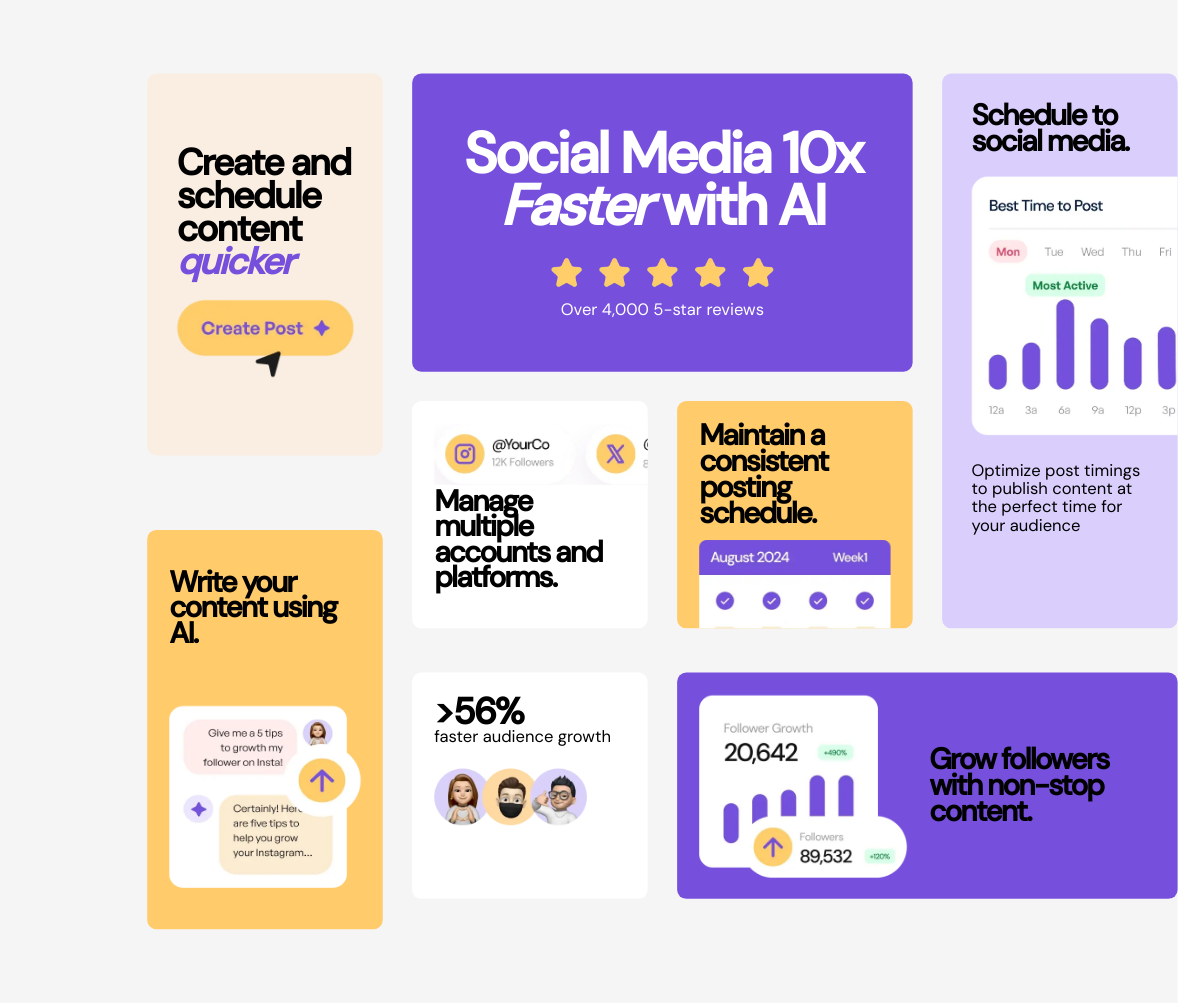
Repository: brandontaylor1/bento-grid
Page: index.html
These files come from the project's save history. The page is drawn as it stood at one moment and after the next save; the edit follows.
The browser window is 1280 px wide. The pictures show the whole page, at 92% of full size.

Above is the page before, as saved 2025-01-22 19:06:47.

### index.html
<!DOCTYPE html>
<html lang="en">
<head>
    <meta charset="UTF-8">
    <meta name="viewport" content="width=device-width, initial-scale=1.0">
    <link rel="stylesheet" href="styles.css">
    <title>Bento Grid</title>
</head>
<body>
    <main class="container">
        <div class="grid-container">
            <div class="grid-item-1">
                <h1>Social Media <span>10x </span><em>Faster </em>with AI </h1>
                <img src="./assets/images/illustration-five-stars.webp" alt="five star images">
                <p>Over 4,000 5-star reviews</p>
            </div>
            <div class="grid-item-2">
                <img src="./assets/images/illustration-multiple-platforms.webp" alt="two social media images">
                <h3>Manage multiple accounts and platforms.</h3>
            </div>
            <div class="grid-item-3">
                <h3>Maintain a consistent <br> posting schedule.</h3>
                <img src="./assets/images/illustration-consistent-schedule.webp" alt="schedule">
            </div>
            <div class="grid-item-4">
                <h3>Schedule to social media.</h3>
                <img src="./assets/images/illustration-schedule-posts.webp" alt="schedule of posts">
                <p>Optimize post timings to publish content at the perfect time for your audience</p>
            </div>
            <div class="grid-item-5">
                <img src="./assets/images/illustration-grow-followers.webp" alt="follower growth">
                <h3>Grow followers with non-stop content.</h3>
            </div>
            <div class="grid-item-6">
                <h2> >56%</h2>
                <p>faster audience growth</p>
                <img src="./assets/images/illustration-audience-growth.webp" alt="pictures of cartoon audience">
            </div>
            <div class="grid-item-7">
                <h2>Create and schedule content <em>quicker</em></h2>
                <img src="./assets/images/illustration-create-post.webp" alt="create post image">
            </div>
            <div class="grid-item-8">
                <h3>Write your content using AI.</h3>
                <img src="./assets/images/illustration-ai-content.webp" alt="Ai Content Image">
            </div>
        </div>
    </main>

</body>
</html>

### styles.css

@font-face {
    font-family: "DMSans-Medium";
    src: url('./assets/fonts/DMSans-Medium.ttf') format('truetype');
    font-weight: 500;
    font-style: normal;
}

@font-face {
    font-family: "DMSans-MediumItalic";
    src: url('./assets/fonts/DMSans-MediumItalic.ttf') format('truetype');
    font-weight: 500;
    font-style: italic;
}

@font-face {
    font-family: "DMSans-Regular";
    src: url('./assets/fonts/DMSans-Regular.ttf') format('truetype');
    font-weight: 400;
    font-style: normal;
}

* {
    margin: 0;
    padding: 0;
    box-sizing: border-box;

}

:root {

    /* COLORS */
    --purple100: hsl(254, 88%, 90%);
    --purple500: hsl(256, 67%, 59%);

    --yellow100: hsl(31, 66%, 93%);
    --yellow500: hsl(39, 100%, 71%);

    --white: hsl(0, 0%, 100%);
    --black: hsl(0, 0%, 0%);
    --font-black: #121212;

    --spacing-5: 40px;
    --spacing-4: 32px;
    --spacing-3: 24px;
    --spacing-2: 16px;
    --spacing-1: 8px;

    /* TYPOGRAPHY */
    --font-family-regular: "DMSans-Regular", sans-serif;
    --font-family-medium: "DMSans-Medium", sans-serif;

    --font-size-h1: 62px;
    --line-height-h1: 93.5%;
    --letter-spacing-h1: -3px;

    --font-size-h2: 40px;
    --line-height-h2: 90%;
    --letter-spacing-h2: -2px;

    --font-size-h3: 32px;
    --line-height-h3: 87.5%;
    --letter-spacing-h3: -2px;

    --font-size-p: 18px;
    --line-height-p: 111%;
    --letter-spacing-p: 0px;
}

/* TYPOGRAPHY */
h1 {
    font-family: var(--font-family-medium);
    font-size: var(--font-size-h1);
    line-height: var(--line-height-h1);
    letter-spacing: var(--letter-spacing-h1);
}

h2 {
    font-family: var(--font-family-medium);
    font-size: var(--font-size-h2);
    line-height: var(--line-height-h2);
    letter-spacing: var(--letter-spacing-h2);
}

h3 {
    font-family: var(--font-family-medium);
    font-size: var(--font-size-h3);
    line-height: var(--line-height-h3);
    letter-spacing: var(--letter-spacing-h3);
}

p {
    font-family: var(--font-family-regular);
    font-size: var(--font-size-p);
    line-height: var(--line-height-p);
    letter-spacing: var(--letter-spacing-p);

}

.container {
    height: auto;
    background-color: #F6F5F6;
    display: flex;
    justify-content: center;
    align-items: center;
}

.grid-container {
    height: 100%;
    width: 100%;
    max-width: 1440px;
    display: grid;
    grid-template-areas:
    " a a b b b b c c"
    " a a b b b b c c"
    " a a d d e e c c"
    " f f d d e e c c"
    " f f g g h h h h"
    " f f g g h h h h";
    gap: 32px;
    padding: 80px 160px 80px 160px;
    background-color: #F6F5F6;
}

.grid-item-1 {
    background-color: var(--purple500);
    color: var(--white);
    padding: 32px;
    border-radius: 10px;
    width: 544px;
    height: 324px;
    grid-area: b;
    display: flex;
    flex-direction: column;
    align-items: center;
    justify-content: center;
    text-align: center;
}

.grid-item-1 img {
    width: 250px;
    padding-top: 24px;
    padding-bottom: 8px;
}

.grid-item-2 {
    grid-area: d;
    width: 256px;
    height: 247px;
    padding: 24px;
    border-radius: 10px;
    overflow: hidden;
    background-color: var(--white);
}

.grid-item-2 img {
    width: 316px;
}

.grid-item-3 {
    grid-area: e;
    width: 256px;
    height: 247px;
    padding: 24px 24px 0 24px;
    border-radius: 10px;
    background-color: var(--yellow500);
    overflow: hidden;
}

.grid-item-3 img {
    width: 100%;
    padding-top: 16px;
}

.grid-item-4 {
    grid-area: c;
    width: 256px;
    height: 603px;
    padding: 32px;
    flex-direction: column;
    align-items: flex-start;
    justify-content: center;
    border-radius: 10px;
    background-color: var(--purple100);
    overflow: hidden;
}

.grid-item-4 img {
    width: 315px;
    padding: 24px 0;
}

.grid-item-4 p {
    width: 100%;
}

.grid-item-5 {
    grid-area: h;
    width: 544px;
    height: 246px;
    padding: 24px;
    border-radius: 10px;
    background-color: var(--purple500);
    display: flex;
    flex-direction: row;
    align-items: center;
}

.grid-item-5 img {
    width: 250px;
    padding-right: 24px;

}

.grid-item-6 {
    grid-area: g;
    width: 256px;
    height: 246px;
    padding: 24px;
    border-radius: 10px;
    background-color: var(--white);
    display: flex;
    flex-direction: column;
    align-items: flex-start;
}

.grid-item-6 img {
    width: 80%;
    padding-top: 24px;
}

.grid-item-7 {
    background-color: var(--yellow100);
    width: 256px;
    height: 415px;
    padding: 32px;
    border-radius: 10px;
    display: flex;
    flex-direction: column;
    align-items: center;
    justify-content: center;
    grid-area: a;
}

.grid-item-7 em {
    color: var(--purple500);
}


.grid-item-7 img {
    width: 100%;
    padding-top: 24px;
}

.grid-item-8 {
    grid-area: f;
    width: 256px;
    height: 434px;
    padding: 24px;
    display: flex;
    flex-direction: column;
    align-items: flex-start;
    justify-content: space-around;
    border-radius: 10px;
    background-color: var(--yellow500);
}

.grid-item-8 img {
    width: 100%;
    height: 222px;
    padding-top: 24px;
}

/* RESPONSIVE */

/* MOBILE */
@media screen and (max-width: 480px) {
    .container {
        height: auto;
        background-color: #F6F5F6;
    }

    .grid-container {
        display: grid;
        grid-template-areas:
        "a"
        "b"
        "c"
        "d"
        "e"
        "f"
        "g"
        "h";
        gap: var(--spacing-4);
    }

    .grid-item-1 {
        background-color: var(--purple500);
        color: var(--white);
        text-align: center;
        padding: 40px 32px;
        border-radius: 10px;
        width: 100%;
        grid-area: a;
    }

    .grid-item-1 h1 {
        padding-bottom: 24px;
    }

    .grid-item-1 img {
        width: 192px;
        padding-bottom: 8px;
    }

    .grid-item-1 span {
        color: var(--yellow500);
    }

    .grid-item-2 {
        background-color: var(--white);
        padding: 16px;
        border-radius: 10px;
        grid-area: b;
    }
    .grid-item-2 img {
        width: 100%;
    }

    .grid-item-2 h3 {
        color: #121212;
    }

    .grid-item-3 {
        background-color: var(--yellow500);
        padding: 16px;
        border-radius: 10px;
        overflow: hidden;
        grid-area: c;
    }

    .grid-item-3 img {
        width: 288px;
        height: auto;
        padding-top: 16px;
        margin-bottom: -40px;
    }

    .grid-item-4 {
        background-color: var(--purple100);
        padding: 32px;
        border-radius: 10px;
        text-align: center;
        grid-area: d;
    }

    .grid-item-4 img {
        width: 100%;
        padding: 24px 0;

    }

    .grid-item-5 {
        background-color: var(--purple500);
        color: var(--white);
        padding: 32px;
        border-radius: 10px;
        display: flex;
        flex-direction: column;
        align-items: center;
        justify-content: center;
        text-align: center;
        grid-area: e;
    }

    .grid-item-5 img {
        padding-bottom: 40px;
        width: 228px;
        height: auto;
    }

    .grid-item-5 h3 {
        width: 257px;
        height: auto;
    }

    .grid-item-6 {
        background-color: var(--white);
        padding: 16px;
        border-radius: 10px;
        text-align: left;
        padding: 24px;
        grid-area: f;
    }

    .grid-item-6 h2 {
        padding-bottom: 15px;
    }

    .grid-item-6 img {
       width: 50%;
       padding-top: 24px;

    }

    .grid-item-7 {
        background-color: var(--yellow100);
        padding: 32px;
        border-radius: 10px;
        text-align: left;
        grid-area: g;
    }

    .grid-item-7 img {
        width: 65%;
        padding-top: 24px;
    }

    .grid-item-7 em {
        color: var(--purple500);
    }

    .grid-item-8 {
        background-color: var(--yellow500);
        padding: 24px;
        border-radius: 10px;
        text-align: left;
        grid-area: h;
    }

    .grid-item-8 img {
        width: 75%;
        padding-top: 24px;
    }


}

After the next save:
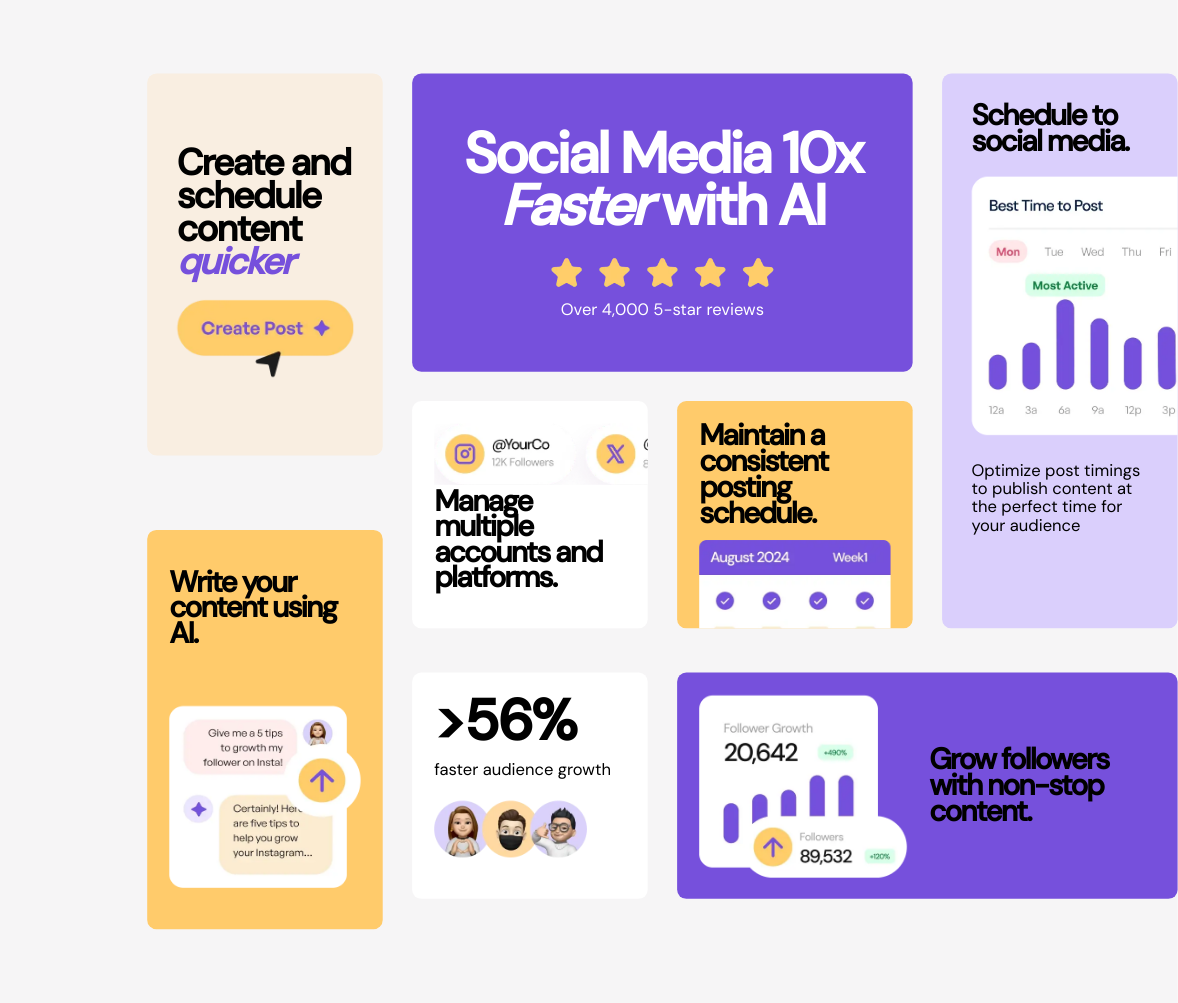
Saved 97 s later.
--- a/styles.css
+++ b/styles.css
@@ -224,6 +224,11 @@
     align-items: flex-start;
 }
 
+.grid-item-6 h2 {
+    padding-bottom: 15px;
+    font-size: var(--font-size-h1);
+}
+
 .grid-item-6 img {
     width: 80%;
     padding-top: 24px;
